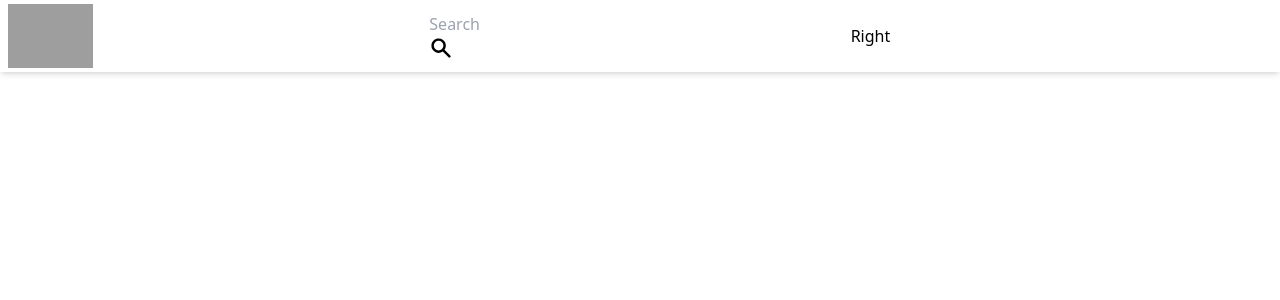
Repository: BroDudeeee/Airbnb-Clone
Page: /
These files come from the project's save history. The page is drawn as it stood at one moment and after the next save; the edit follows.
The browser window is 1280 px wide. The pictures show the whole page.
Pictures or frames that could not be fetched are drawn as grey boxes. The project was rebuilt for these pictures with package versions that can differ from the ones it lists, and the page was loaded fresh each time. The framework's server and built-in components were replaced by stand-ins that run in the browser. Also part of the build but not shown: next.config.js.

Above is the page before, as saved 2022-06-20 19:38:25.

After the next save:
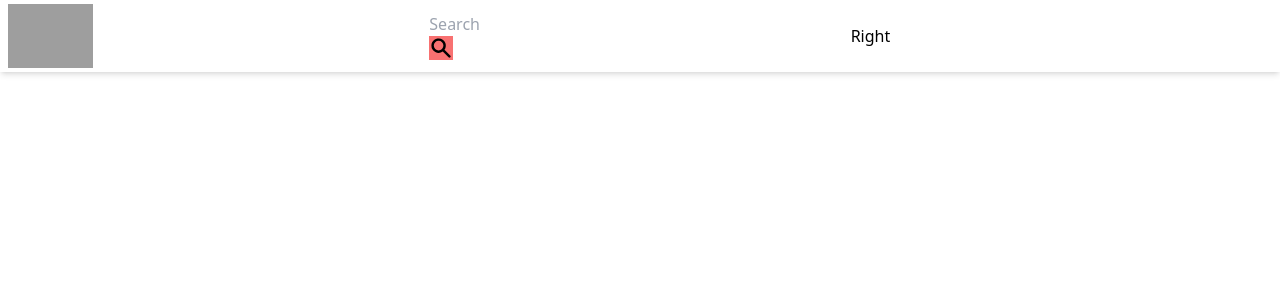
Saved 13 s later.
--- a/components/Header.js
+++ b/components/Header.js
@@ -21,7 +21,7 @@ const Header = () => {
           placeholder='Search'
         />
         <SearchIcon
-          className='h-6'
+          className='h-6 bg-red-400'
         />
       </div>
 
